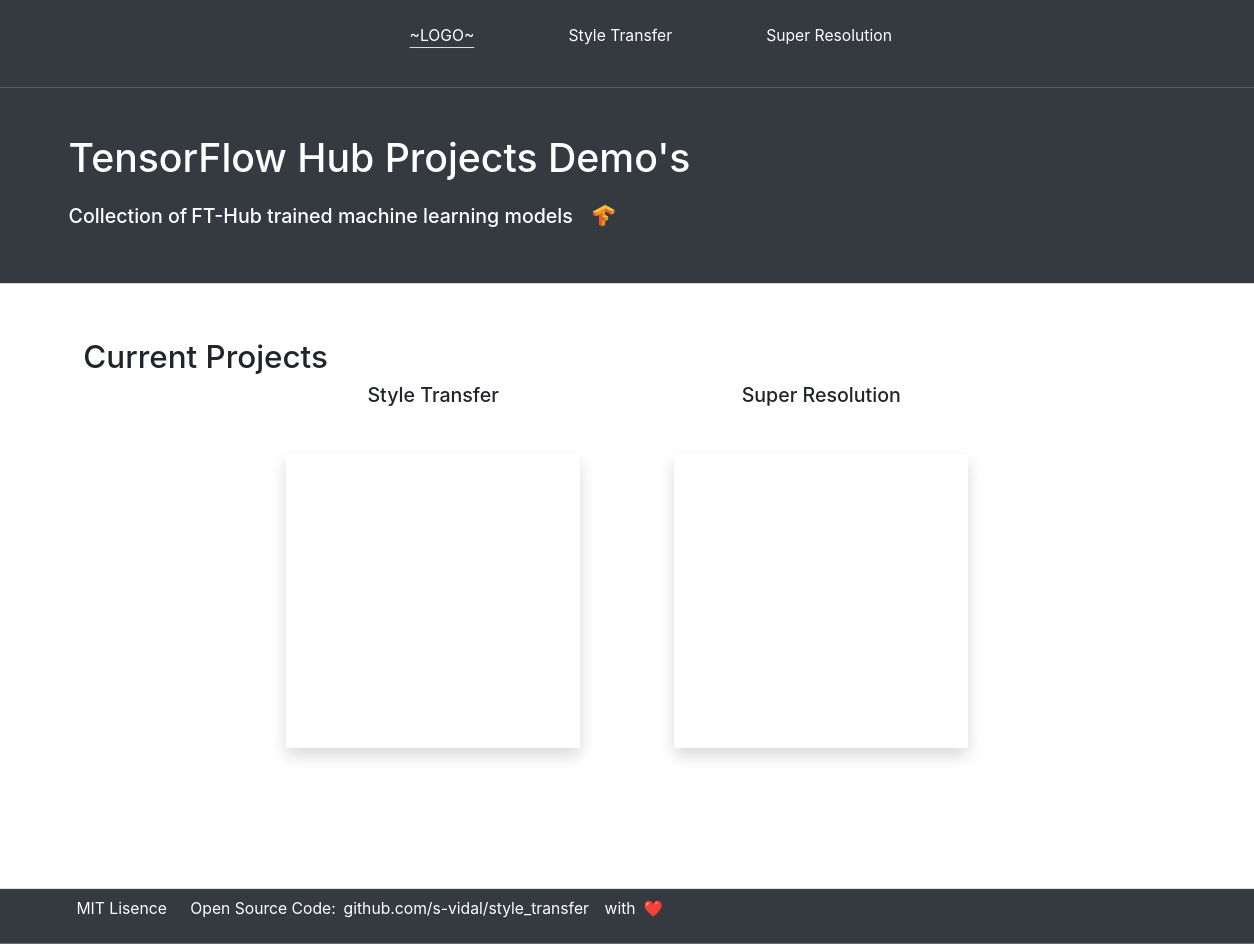
Repository: s-vidal/style_transfer
Page: / (app in client/)
An editor plug-in stored every save of this project. The page is shown before and after a run of saves, followed by the edit.
The browser window is 1280 px wide. The pictures show the whole page, at 98% of full size.
The page's requests for data from a server got no answer. The project was rebuilt for these pictures with package versions that can differ from the ones it lists, and the page was loaded fresh each time. A package was used in the major version that the imports need, not the one package.json lists. No one was signed in, and anything a server would have sent is missing. Also part of the build but not shown: client/src/components/DropZone.jsx, client/src/lib/api.js, client/src/components/Inference.jsx, client/src/components/Header.jsx, client/src/pages/StyleTransfer.jsx, client/src/pages/SuperResolution.jsx.

Above is the page before, as saved 2020-09-30 14:31:04.

### client/public/index.html
<!DOCTYPE html>
<html lang="en">
  <head>
    <meta charset="utf-8" />
    <link rel="icon" href="%PUBLIC_URL%/favicon.ico" />
    <meta name="viewport" content="width=device-width, initial-scale=1" />
    <meta name="theme-color" content="#000000" />
    <meta
      name="description"
      content="Web site created using create-react-app"
    />
    <link rel="apple-touch-icon" href="%PUBLIC_URL%/logo192.png" />
    <!--
      manifest.json provides metadata used when your web app is installed on a
      user's mobile device or desktop. See https://developers.google.com/web/fundamentals/web-app-manifest/
    -->
    <link rel="manifest" href="%PUBLIC_URL%/manifest.json" />
    <!--
      Notice the use of %PUBLIC_URL% in the tags above.
      It will be replaced with the URL of the `public` folder during the build.
      Only files inside the `public` folder can be referenced from the HTML.

      Unlike "/favicon.ico" or "favicon.ico", "%PUBLIC_URL%/favicon.ico" will
      work correctly both with client-side routing and a non-root public URL.
      Learn how to configure a non-root public URL by running `npm run build`.
    -->
    <!-- CSS only -->
    <link
      rel="stylesheet"
      href="https://stackpath.bootstrapcdn.com/bootstrap/4.5.2/css/bootstrap.min.css"
      integrity="sha384-JcKb8q3iqJ61gNV9KGb8thSsNjpSL0n8PARn9HuZOnIxN0hoP+VmmDGMN5t9UJ0Z"
      crossorigin="anonymous"
    />
    <title>React App</title>
  </head>
  <body>
    <noscript>You need to enable JavaScript to run this app.</noscript>
    <div id="root"></div>
    <!--
      This HTML file is a template.
      If you open it directly in the browser, you will see an empty page.

      You can add webfonts, meta tags, or analytics to this file.
      The build step will place the bundled scripts into the <body> tag.

      To begin the development, run `npm start` or `yarn start`.
      To create a production bundle, use `npm run build` or `yarn build`.
    -->
    <!-- JS, Popper.js, and jQuery -->
    <script
      src="https://code.jquery.com/jquery-3.5.1.slim.min.js"
      integrity="sha384-DfXdz2htPH0lsSSs5nCTpuj/zy4C+OGpamoFVy38MVBnE+IbbVYUew+OrCXaRkfj"
      crossorigin="anonymous"
    ></script>
    <script
      src="https://cdn.jsdelivr.net/npm/popper.js@1.16.1/dist/umd/popper.min.js"
      integrity="sha384-9/reFTGAW83EW2RDu2S0VKaIzap3H66lZH81PoYlFhbGU+6BZp6G7niu735Sk7lN"
      crossorigin="anonymous"
    ></script>
    <script
      src="https://stackpath.bootstrapcdn.com/bootstrap/4.5.2/js/bootstrap.min.js"
      integrity="sha384-B4gt1jrGC7Jh4AgTPSdUtOBvfO8shuf57BaghqFfPlYxofvL8/KUEfYiJOMMV+rV"
      crossorigin="anonymous"
    ></script>
  </body>
</html>

### client/src/App.js
import React from "react";
import {BrowserRouter as Router, Switch, Route} from "react-router-dom";
import "./App.css";
import StyleTransfer from "./pages/StyleTransfer";
import SuperResolution from "./pages/SuperResolution";
import Footer from "./components/Footer";
import NavBar from "./components/NavBar";
import HomePage from "./pages/HomePage";

function App() {
  return (
    <div>
      <Router>
        <NavBar />
        <Switch>
          <Route path="/super-resolution">
            <SuperResolution />
          </Route>
          <Route path="/style-transfer">
            <StyleTransfer />
          </Route>
          <Route path="/">
            <HomePage />
          </Route>
        </Switch>
        <Footer />
      </Router>
    </div>
  );
}

export default App;

### client/src/App.css
.vh-59 {
  min-height: 58.6vh;
}

.italic {
  font-style: italic;
}

### client/src/components/Footer.jsx
import React from "react";

const Footer = () => {
  return (
    <div className="text-white bg-dark">
      <div className="container mt-5">
        <div className="row p-2 mt-4">
          <p className="mr-4">MIT Lisence</p>
          <p>Open Source Code:</p>
          <a
            className="ml-2 text-white"
            href="https://github.com/s-vidal/style_transfer"
          >
            <span>github.com/s-vidal/style_transfer</span>
          </a>
          <p className="ml-3 mr-1"> with </p>
          <span role="img" aria-label="emoji" className="ml-1">
            ❤️
          </span>
        </div>
      </div>
    </div>
  );
};

export default Footer;

### client/src/components/NavBar.jsx
import React, {useState, useEffect} from "react";
import {Link, useLocation} from "react-router-dom";
import "./NavBar.css";

const NavBar = () => {
  const [currentPage, setCurrentPage] = useState("");
  const location = useLocation();

  useEffect(() => {
    const currentPath = location.pathname;
    setCurrentPage(currentPath.substring(1));
  }, [location]);

  return (
    <nav className="navbar navbar-expand-lg d-flex justify-content-center bg-dark pt-3 pb-3">
      <ul className="navbar-nav">
        <li className="nav-item">
          <Link className="nav-link pl-5 pr-5" to={"/"}>
            <div className="ml-5 ">
              <p
                className={
                  currentPage === ""
                    ? "text-white nav-text active border-bottom"
                    : "text-white nav-text"
                }
              >
                ~LOGO~
              </p>
            </div>
          </Link>
        </li>
        <li className="nav-item">
          <Link
            className="nav-link pl-5 pr-5 text-white"
            to={"/style-transfer"}
          >
            <p
              className={
                currentPage === "style-transfer"
                  ? "text-white nav-text active border-bottom"
                  : "text-white nav-text"
              }
            >
              Style Transfer
            </p>
          </Link>
        </li>
        <li className="nav-item active">
          <Link
            className="nav-link pl-5 pr-5 text-white"
            to={"/super-resolution"}
          >
            <p
              className={
                currentPage === "super-resolution"
                  ? "text-white nav-text active border-bottom"
                  : "text-white nav-text"
              }
            >
              Super Resolution
            </p>
          </Link>
        </li>
      </ul>
    </nav>
  );
};

export default NavBar;

### client/src/pages/HomePage.jsx
import React from "react";
import "../components/HomePage.css";

const HomePage = () => {
  return (
    <>
      <div className="bg-dark text-white p-4 pt-5 pb-5">
        <div className="container">
          <div className="row">
            <h1>TensorFlow Hub Projects Demo's</h1>
          </div>
          <div className="row mt-3">
            <h5>Collection of</h5>
            <a
              href="https://tfhub.dev/google/magenta/arbitrary-image-stylization-v1-256/2"
              className="pl-1 pr-1 text-white"
            >
              <h5>FT-Hub trained machine learning models</h5>
            </a>
            <img
              className="ml-3"
              src={require("../img/tf_logo.png")}
              alt="tf"
              width="22"
              height="22"
            ></img>
          </div>
        </div>
      </div>
      <div className="vh-59 p-5 pb-0">
        <div className="container">
          <div>
            <h2 className="mt-2">Current Projects</h2>
          </div>
          <div className="row d-flex justify-content-center">
            <div>
              <h5 className="text-center">Style Transfer</h5>
              <div className="home-item shadow m-5"></div>
            </div>
            <div>
              <h5 className="text-center"> Super Resolution</h5>
              <div className="home-item shadow m-5"></div>
            </div>
          </div>
        </div>
      </div>
    </>
  );
};

export default HomePage;

### client/src/components/NavBar.css
.nav-text:hover {
  border-bottom: 1px solid white;
}

### client/src/components/HomePage.css
.home-item {
  min-width: 300px;
  min-height: 300px;
}

Loaded but not shown: client/src/index.js (common file); client/src/index.css (common file); client/src/serviceWorker.js (common file)

After the next 3 saves:
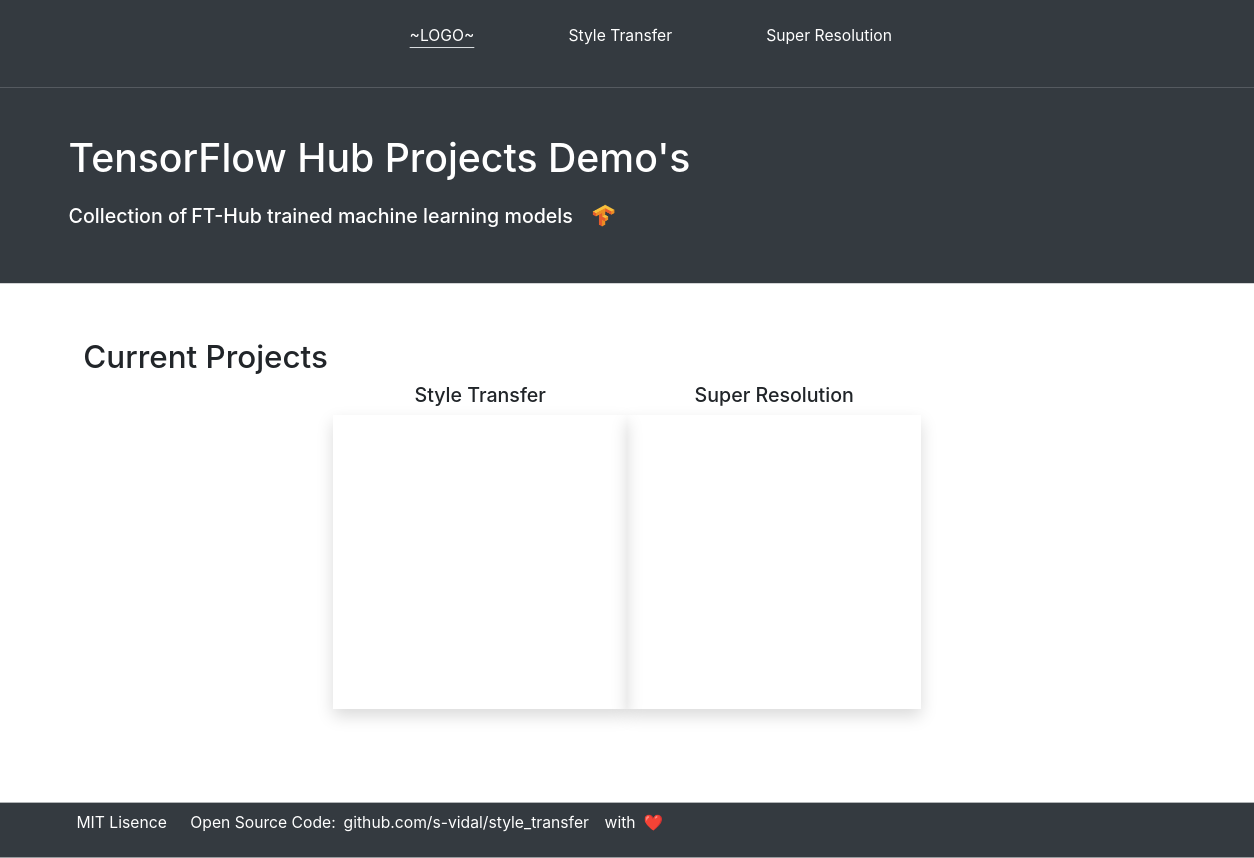
The 3 saves are shown as one change because they came seconds apart.
The last was saved 22 s later.
--- a/client/src/pages/HomePage.jsx
+++ b/client/src/pages/HomePage.jsx
@@ -35,11 +35,11 @@
           <div className="row d-flex justify-content-center">
             <div>
               <h5 className="text-center">Style Transfer</h5>
-              <div className="home-item shadow m-5"></div>
+              <div className="home-item shadow"></div>
             </div>
             <div>
               <h5 className="text-center"> Super Resolution</h5>
-              <div className="home-item shadow m-5"></div>
+              <div className="home-item shadow"></div>
             </div>
           </div>
         </div>
